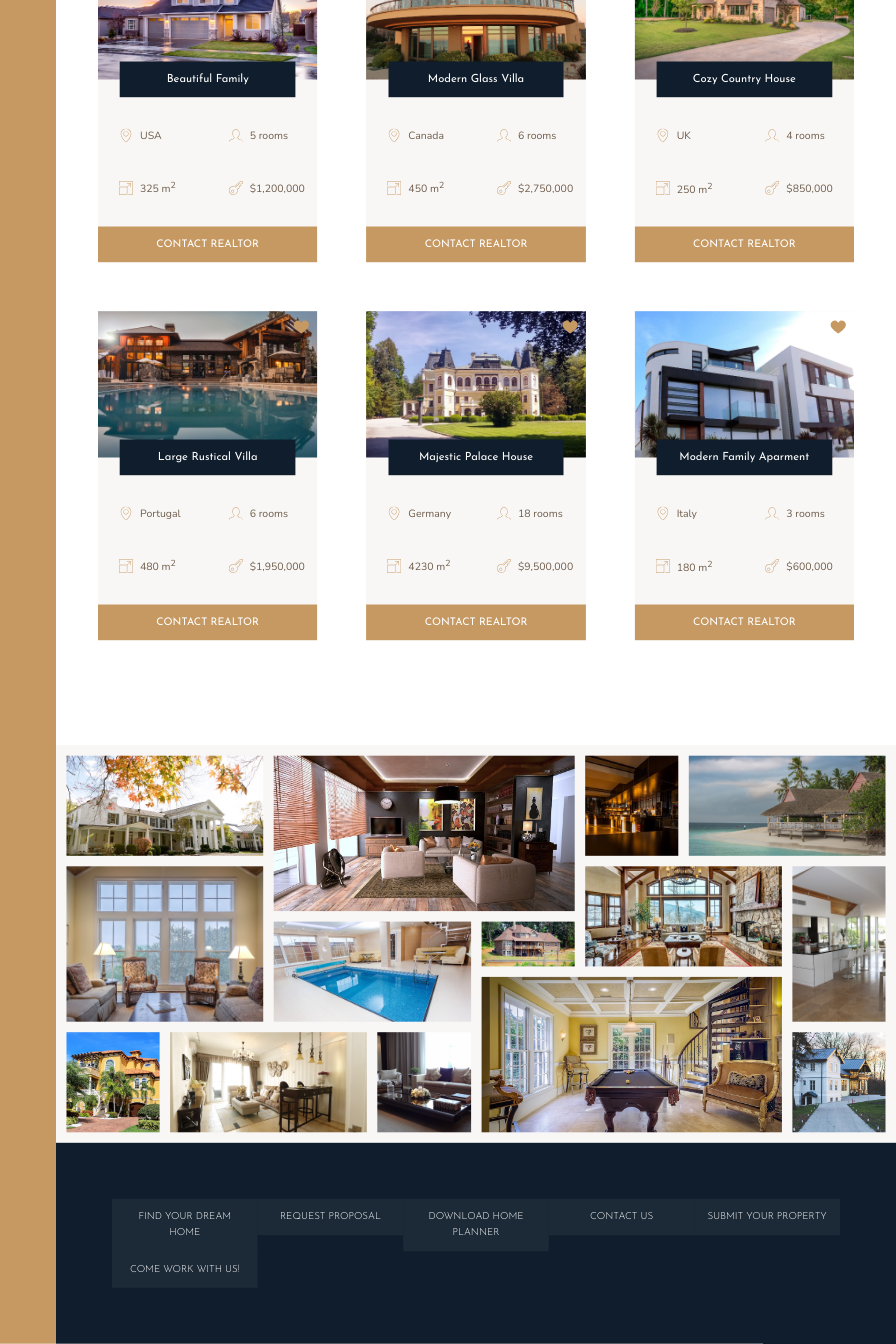
Repository: achwesiuk/nexter
Page: index.html
An editor plug-in stored every save of this project. The page is shown before and after the next save, followed by the edit.
The browser window is 1280 px wide. The pictures show the part of the page from y = 1851 to 3771 px (the page is 3771 px tall before and 3689 px after), at 70% of full size.
The style sheet was rebuilt from its Sass, Less or Tailwind sources for each picture, by a compiler version that may differ from the author's.

Above is the page before, as saved 2021-02-24 11:26:09.

### index.html
<!DOCTYPE html>
<html lang="en">
    <head>
        <meta charset="UTF-8">
        <meta name="viewport" content="width=device-width, initial-scale=1.0">
        <meta http-equiv="X-UA-Compatible" content="ie=edge">

        <link href="https://fonts.googleapis.com/css?family=Josefin+Sans:300,400,400i|Nunito:300,300i" rel="stylesheet">
        <link rel="stylesheet" href="css/style.css">
        <link rel="shortcut icon" type="image/png" href="img/favicon.png">

        <title>nexter &mdash; your home, your freedom</title>
    </head>
    <body class="container">
        <div class="sidebar">
            Sidebar
        </div>

        <header class="header">
            Header
        </header>

        <div class="realtors">
            Top 3 realtors
        </div>

        <section class="features">
            <div class="feature">
                <svg class="feature__icon">
                    <use xlink:href="img/sprite.svg#icon-global"></use>
                </svg>
                <h4 class="heading-4--dark">World's best luxury homes</h4>
                <p class="feature-text">Lorem ipsum dolor sit amet, consectetur adipisicing elit. Sapiente eligendi vitae aliquid a corporis hic, nemo dolores neque culpa pariatur dolor magnam!</p>
            </div>
            <div class="feature">
                <svg class="feature__icon">
                    <use xlink:href="img/sprite.svg#icon-trophy"></use>
                </svg>
                <h4 class="heading-4--dark">Only the best properties</h4>
                <p class="feature-text">Lorem ipsum dolor sit amet consectetur, adipisicing elit. Mollitia optio sapiente fugit deserunt ex qui in.</p>
            </div>
            <div class="feature">
                <svg class="feature__icon">
                    <use xlink:href="img/sprite.svg#icon-map-pin"></use>
                </svg>
                <h4 class="heading-4--dark">All homes in top locations</h4>
                <p class="feature-text">Lorem ipsum dolor sit amet consectetur adipisicing elit. Ullam est deserunt unde temporibus, beatae quo et repellat!</p>
            </div>
            <div class="feature">
                <svg class="feature__icon">
                    <use xlink:href="img/sprite.svg#icon-key"></use>
                </svg>
                <h4 class="heading-4--dark">New home in one week</h4>
                <p class="feature-text">Lorem ipsum dolor sit amet consectetur adipisicing elit. Velit aliquam praesentium quod non eligendi sunt cum ipsum modi.</p>
            </div>
            <div class="feature">
                <svg class="feature__icon">
                    <use xlink:href="img/sprite.svg#icon-presentation"></use>
                </svg>
                <h4 class="heading-4--dark">Top 1% realtors</h4>
                <p class="feature-text">Lorem ipsum dolor sit amet, consectetur adipisicing elit.</p>
            </div>
            <div class="feature">
                <svg class="feature__icon">
                    <use xlink:href="img/sprite.svg#icon-lock"></use>
                </svg>
                <h4 class="heading-4--dark">Secure payments on nexter</h4>
                <p class="feature-text">Lorem ipsum, dolor sit amet consectetur adipisicing elit. Incidunt distinctio repudiandae saepe dolores quis tempore similique.</p>
            </div>
        </section>

        <div class="story__pictures">
            <img src="img/story-1.jpeg" alt="Couple with new house" class="story__img--1">
            <img src="img/story-2.jpeg" alt="New house" class="story__img--2">
        </div>

        <div class="story__content">
            <h3 class="heading-3 mb-sm">Happy Customers</h3>
            <h2 class="heading-2 heading-2--dark mb-md">&ldquo;The best decision of our lives&rdquo;</h2>
            <p class="story__text">
                Lorem ipsum dolor sit amet, consectetur adipisicing elit. Accusantium ut error magni quasi delectus debitis praesentium, iusto, explicabo natus deleniti corrupti, illo illum quidem dolores dolorum ipsum! Incidunt, eaque amet.
            </p>
            <button class="btn">Find your own home</button>
        </div>

        <section class="homes">
            <div class="home">
                <img src="img/house-1.jpeg" alt="House 1" class="home__img">
                <svg class="home__like">
                    <use xlink:href="img/sprite.svg#icon-heart-full"></use>
                </svg>
                <h5 class="home__name">Beautiful Family</h5>
                <div class="home__location">
                    <svg class="home__like">
                        <use xlink:href="img/sprite.svg#icon-map-pin"></use>
                    </svg>
                    <p>USA</p>
                </div>
                <div class="home__rooms">
                    <svg class="home__like">
                        <use xlink:href="img/sprite.svg#icon-profile-male"></use>
                    </svg>
                    <p>5 rooms</p>
                </div>
                <div class="home__area">
                    <svg class="home__like">
                        <use xlink:href="img/sprite.svg#icon-expand"></use>
                    </svg>
                    <p>325 m<sup>2</sup></p>
                </div>
                <div class="home__price">
                    <svg class="home__like">
                        <use xlink:href="img/sprite.svg#icon-key"></use>
                    </svg>
                    <p>$1,200,000</p>
                </div>
                <button class="btn home__btn">Contact realtor</button>
            </div>

            <div class="home"><img src="img/house-2.jpeg" alt="House 2" class="home__img">
                <svg class="home__like">
                    <use xlink:href="img/sprite.svg#icon-heart-full"></use>
                </svg>
                <h5 class="home__name">Modern Glass Villa</h5>
                <div class="home__location">
                    <svg class="home__like">
                        <use xlink:href="img/sprite.svg#icon-map-pin"></use>
                    </svg>
                    <p>Canada</p>
                </div>
                <div class="home__rooms">
                    <svg class="home__like">
                        <use xlink:href="img/sprite.svg#icon-profile-male"></use>
                    </svg>
                    <p>6 rooms</p>
                </div>
                <div class="home__area">
                    <svg class="home__like">
                        <use xlink:href="img/sprite.svg#icon-expand"></use>
                    </svg>
                    <p>450 m<sup>2</sup></p>
                </div>
                <div class="home__price">
                    <svg class="home__like">
                        <use xlink:href="img/sprite.svg#icon-key"></use>
                    </svg>
                    <p>$2,750,000</p>
                </div>
                <button class="btn home__btn">Contact realtor</button>
            </div>

            <div class="home"><img src="img/house-3.jpeg" alt="House 3" class="home__img">
                <svg class="home__like">
                    <use xlink:href="img/sprite.svg#icon-heart-full"></use>
                </svg>
                <h5 class="home__name">Cozy Country House</h5>
                <div class="home__location">
                    <svg class="home__like">
                        <use xlink:href="img/sprite.svg#icon-map-pin"></use>
                    </svg>
                    <p>UK</p>
                </div>
                <div class="home__rooms">
                    <svg class="home__like">
                        <use xlink:href="img/sprite.svg#icon-profile-male"></use>
                    </svg>
                    <p>4 rooms</p>
                </div>
                <div class="home__area">
                    <svg class="home__like">
                        <use xlink:href="img/sprite.svg#icon-expand"></use>
                    </svg>
                    <p>250 m<sup>2</sup></p>
                </div>
                <div class="home__price">
                    <svg class="home__like">
                        <use xlink:href="img/sprite.svg#icon-key"></use>
                    </svg>
                    <p>$850,000</p>
                </div>
                <button class="btn home__btn">Contact realtor</button>
            </div>

            <div class="home"><img src="img/house-4.jpeg" alt="House 4" class="home__img">
                <svg class="home__like">
                    <use xlink:href="img/sprite.svg#icon-heart-full"></use>
                </svg>
                <h5 class="home__name">Large Rustical Villa</h5>
                <div class="home__location">
                    <svg class="home__like">
                        <use xlink:href="img/sprite.svg#icon-map-pin"></use>
                    </svg>
                    <p>Portugal</p>
                </div>
                <div class="home__rooms">
                    <svg class="home__like">
                        <use xlink:href="img/sprite.svg#icon-profile-male"></use>
                    </svg>
                    <p>6 rooms</p>
                </div>
                <div class="home__area">
                    <svg class="home__like">
                        <use xlink:href="img/sprite.svg#icon-expand"></use>
                    </svg>
                    <p>480 m<sup>2</sup></p>
                </div>
                <div class="home__price">
                    <svg class="home__like">
                        <use xlink:href="img/sprite.svg#icon-key"></use>
                    </svg>
                    <p>$1,950,000</p>
                </div>
                <button class="btn home__btn">Contact realtor</button>
            </div>

            <div class="home"><img src="img/house-5.jpeg" alt="House 5" class="home__img">
                <svg class="home__like">
                    <use xlink:href="img/sprite.svg#icon-heart-full"></use>
                </svg>
                <h5 class="home__name">Majestic Palace House</h5>
                <div class="home__location">
                    <svg class="home__like">
                        <use xlink:href="img/sprite.svg#icon-map-pin"></use>
                    </svg>
                    <p>Germany</p>
                </div>
                <div class="home__rooms">
                    <svg class="home__like">
                        <use xlink:href="img/sprite.svg#icon-profile-male"></use>
                    </svg>
                    <p>18 rooms</p>
                </div>
                <div class="home__area">
                    <svg class="home__like">
                        <use xlink:href="img/sprite.svg#icon-expand"></use>
                    </svg>
                    <p>4230 m<sup>2</sup></p>
                </div>
                <div class="home__price">
                    <svg class="home__like">
                        <use xlink:href="img/sprite.svg#icon-key"></use>
                    </svg>
                    <p>$9,500,000</p>
                </div>
                <button class="btn home__btn">Contact realtor</button>
            </div>

            <div class="home"><img src="img/house-6.jpeg" alt="House 6" class="home__img">
                <svg class="home__like">
                    <use xlink:href="img/sprite.svg#icon-heart-full"></use>
                </svg>
                <h5 class="home__name">Modern Family Aparment</h5>
                <div class="home__location">
                    <svg class="home__like">
                        <use xlink:href="img/sprite.svg#icon-map-pin"></use>
                    </svg>
                    <p>Italy</p>
                </div>
                <div class="home__rooms">
                    <svg class="home__like">
                        <use xlink:href="img/sprite.svg#icon-profile-male"></use>
                    </svg>
                    <p>3 rooms</p>
                </div>
                <div class="home__area">
                    <svg class="home__like">
                        <use xlink:href="img/sprite.svg#icon-expand"></use>
                    </svg>
                    <p>180 m<sup>2</sup></p>
                </div>
                <div class="home__price">
                    <svg class="home__like">
                        <use xlink:href="img/sprite.svg#icon-key"></use>
                    </svg>
                    <p>$600,000</p>
                </div>
                <button class="btn home__btn">Contact realtor</button>
            </div>
        </section>

        <section class="gallery">
            <figure class="gallery__item gallery__item--1">
                <img src="img/gal-1.jpeg" alt="Gallery image 1" class="gallery__img">
            </figure>
            <figure class="gallery__item gallery__item--2">
                <img src="img/gal-2.jpeg" alt="Gallery image 2" class="gallery__img">
            </figure>
            <figure class="gallery__item gallery__item--3">
                <img src="img/gal-3.jpeg" alt="Gallery image 3" class="gallery__img">
            </figure>
            <figure class="gallery__item gallery__item--4">
                <img src="img/gal-4.jpeg" alt="Gallery image 4" class="gallery__img">
            </figure>
            <figure class="gallery__item gallery__item--5">
                <img src="img/gal-5.jpeg" alt="Gallery image 5" class="gallery__img">
            </figure>
            <figure class="gallery__item gallery__item--6">
                <img src="img/gal-6.jpeg" alt="Gallery image 6" class="gallery__img">
            </figure>
            <figure class="gallery__item gallery__item--7">
                <img src="img/gal-7.jpeg" alt="Gallery image 7" class="gallery__img">
            </figure>
            <figure class="gallery__item gallery__item--8">
                <img src="img/gal-8.jpeg" alt="Gallery image 8" class="gallery__img">
            </figure>
            <figure class="gallery__item gallery__item--9">
                <img src="img/gal-9.jpeg" alt="Gallery image 9" class="gallery__img">
            </figure>
            <figure class="gallery__item gallery__item--10">
                <img src="img/gal-10.jpeg" alt="Gallery image 10" class="gallery__img">
            </figure>
            <figure class="gallery__item gallery__item--11">
                <img src="img/gal-11.jpeg" alt="Gallery image 11" class="gallery__img">
            </figure>
            <figure class="gallery__item gallery__item--12">
                <img src="img/gal-12.jpeg" alt="Gallery image 12" class="gallery__img">
            </figure>
            <figure class="gallery__item gallery__item--13">
                <img src="img/gal-13.jpeg" alt="Gallery image 13" class="gallery__img">
            </figure>
            <figure class="gallery__item gallery__item--14">
                <img src="img/gal-14.jpeg" alt="Gallery image 14" class="gallery__img">
            </figure>
        </section>

        <footer>
            <ul class="nav">
                <li class="nav__item"><a href="#" class="nav__link">Find your dream home</a></li>
                <li class="nav__item"><a href="#" class="nav__link">Request proposal</a></li>
                <li class="nav__item"><a href="#" class="nav__link">Download home planner</a></li>
                <li class="nav__item"><a href="#" class="nav__link">Contact us</a></li>
                <li class="nav__item"><a href="#" class="nav__link">Submit your property</a></li>
                <li class="nav__item"><a href="#" class="nav__link">Come work with us!</a></li>
            </ul>
        </footer>
    </body>
</html>

### sass/main.scss
@import "base";
@import "typography";

@import "sidebar";
@import "header";
@import "realtors";
@import "features";
@import "story";
@import "homes";
@import "gallery";
@import "footer";

### sass/_base.scss
// COLOR VARIABLES
$color-primary: #c69963;
$color-primary-dark: #B28451;

$color-secondary: #101d2c;

$color-grey-light-1: #f9f7f6;
$color-grey-light-2: #aaa;

$color-grey-dark-1: #54483A;
$color-grey-dark-2: #6D5D4B;

// FONT VARIABLES
$font-primary: 'Nunito', sans-serif;
$font-display: 'Josefin Sans', sans-serif;

*,
*::before,
*::after {
    margin: 0;
    padding: 0;
    -webkit-box-sizing: inherit;
            box-sizing: inherit; //dziedziczy po HTML
}

html {
    -webkit-box-sizing: border-box;
            box-sizing: border-box;
    font-size: 62.5%; // 10px / 16px = 62.5% -> 1rem = 10px
}

body {
    font-family: $font-primary;
    color: $color-grey-dark-2;
    font-weight: 300;
    line-height: 1.6;
}

.container {
    display: grid;
    grid-template-rows: 80vh min-content 40vw repeat(3, min-content); // 1.wiersz - wysokość wiersza jest wartością procentową vh; jest to siatka jawna z jednym wierszem, pozostałe elementy będą dodane w siatce niejawnej (elementy, które nie mają miejsca w siatce jawnej)
    // 2. wiersz - wysokość wiersza uzależniona od zawartej w nim treści
    // 2. auto - domyślne, jeżeli nic nie będzie określone; również dopasowuje się do treści
    // 3. wiersz - wiersz uzależniony od szerokości układu (podczas zmiany szerokości widoku zmieniają się wymiary wiersza - zwęża się, rośnie)
    // 4, 5, 6 - wysokość wiersza uzależnione od jego zawartości
    grid-template-columns: [sidebar-start] 8rem [sidebar-end full-start] minmax(6rem, 1fr) [center-start] repeat(8, [col-start] minmax(min-content, 14rem) [col-end]) [center-end] minmax(6rem, 1fr) [full-end];
}

### sass/_typography.scss
%heading { //extended działa przeciwnie do mixin; selektory (heading-1 etc.) są kopiowane to selektora na górze
    font-family: $font-display;
    font-weight: 400;
}

.heading-1 {
    @extend %heading;
}

.heading-2 {
    @extend %heading;
    font-size: 4rem;
    font-style: italic;
    line-height: 1;

    &--light {color: $color-grey-light-1;}
    &--dark {color: $color-grey-dark-1;}
}

.heading-3 {
    @extend %heading;
    font-size: 1.6rem;
    color: $color-primary;
    text-transform: uppercase;
}

.heading-4 {
    @extend %heading;
    font-size: 1.9rem;

    &--light {color: $color-grey-light-1;}
    &--dark {color: $color-grey-dark-1;}
}

.btn {
    background-color: $color-primary;
    color: #fff;
    border: none;
    border-radius: 0; //z założenia przyciski mają ustawiony jakiś kąt
    font-family: $font-display;
    font-size: 1.5rem;
    text-transform: uppercase;
    padding: 1.8rem 3rem;
    cursor: pointer;

    transition: all .2s;

    &:hover {
        background-color: $color-primary-dark;
    }
}

.mb-sm {margin-bottom: 2rem;}
.mb-md {margin-bottom: 3rem;}
.mb-lg {margin-bottom: 4rem;}
.mb-hg {margin-bottom: 8rem;}

### sass/_sidebar.scss
.sidebar {
    background-color: $color-primary;
    grid-column: sidebar-start / sidebar-end;
    grid-row: 1 / -1;
}

### sass/_header.scss
.header {
    background-color: $color-grey-dark-1;
    grid-column: full-start / col-end 6;
}

### sass/_realtors.scss
.realtors {
    background-color: $color-secondary;
    grid-column: col-start 7 / full-end;
}

### sass/_features.scss
.features {
    grid-column: center-start / center-end;

    margin: 15rem 0;

    display: grid;
    //grid-template-columns: repeat(3, 1fr);
    grid-template-columns: repeat(auto-fit, minmax(25rem, 1fr));
    //grid-template-rows: auto auto; niepotrzebne, ponieważ wiersze i tak układają się w ten sposób
    grid-gap: 6rem;
    align-items: start;
}

.feature {

    display: grid;
    grid-template-columns: min-content 1fr; //min-content odnosi się do wymiarów ikony
    //nie trzeba określać wierszy, mają mieć wielkość zawartej w nich treści
    grid-row-gap: 1.5rem;
    grid-column-gap: 2.5rem;

    &__icon {
        fill: $color-primary;
        width: 4.5rem;
        height: 4.5rem;
        transform: translateY(-1rem);

        //grid-row: 1 / -1; // -1 oznacza koniec JAWNEJ SIATKI, a tutaj jest niejawna
        grid-row: -1 / span 2;
    }

    &__text {
        font-size: 1.7rem;
    }
}

### sass/_story.scss
.story {

    &__pictures {
        background-color: $color-primary;
        grid-column: full-start / col-end 4;
        background-image: linear-gradient(rgba($color-primary, .5), rgba($color-primary, .5)),  url(../img/back.jpg); //używam dwóch takich samych kolorów - kolor przechodzi z jednego koloru na drugi

        display: grid;
        grid-template-rows: repeat(6, 1fr);
        grid-template-columns: repeat(6, 1fr);

        align-items: center;
    }

    &__img--1 {
        width: 100%;
        grid-row: 2 / 6;
        grid-column: 2 / 6;
        box-shadow: 0 2rem 5rem rgba(#000, .1);
    }

    &__img--2 {
        width: 115%;
        grid-row: 4 / 6;
        grid-column: 4 / 7;
        z-index: 20;
        box-shadow: 0 2rem 5rem rgba(#000, .2);
    }

    &__content {
        background-color: $color-grey-light-1;
        grid-column: col-start 5 / full-end;

        padding: 6rem 8vw;

        /*
        display: flex;
        flex-direction: column;
        justify-content: center;
        align-items: flex-start;
        */

        display: grid;
        align-content: center;
        justify-items: start;
    }

    &__text {
        font-size: 1.5rem;
        font-style: italic;
        margin-bottom: 4rem;
    }
}

### sass/_homes.scss
.homes {
    grid-column: center-start / center-end;
    margin: 15rem 0;

    display: grid;
    grid-template-columns: repeat(auto-fit,minmax(25rem, 1fr));
    grid-gap: 7rem;
}

.home {
    background-color: $color-grey-light-1;

    display: grid;
    grid-template-columns: repeat(2, 1fr);
    grid-row-gap: 3.5rem;

    &__img {
        width: 100%;
        grid-row: 1 / 2;
        grid-column: 1 / -1;
        z-index: 1;
    }

    &__like {
        grid-row: 1 / 2;
        grid-column: 2 / 3;
        fill: $color-primary;
        height: 2.5rem;
        width: 2.5rem;
        z-index: 2;

        justify-self: end;
        margin: 1rem;
    }

    &__name {
        grid-column: 1 / -1;
        grid-row: 1 / 2;
        justify-self: center;
        align-self: end;
        z-index: 3;

        width: 80%;
        font-family: $font-display;
        font-size: 1.6rem;
        text-align: center;
        padding: 1.25rem;
        background-color: $color-secondary;
        color: #fff;
        font-weight: 400;
        transform: translateY(50%);
    }

    &__location,
    &__rooms {
        margin-top: 2.5rem;
    }

    &__location,
    &__rooms,
    &__area,
    &__price {
        font-size: 1.5rem;
        margin-left: 2rem;

        display: flex;
        align-items: center;

        svg{
            fill: $color-primary;
            height: 2rem;
            width: 2rem;
            margin-right: 1rem;
        }
    }

    &__btn {
        grid-column: 1 / -1;
    }
}

### sass/_footer.scss
footer {
    background-color: $color-secondary;
    grid-column: full-start / full-end;
    padding: 8rem;
}

.nav {
    list-style: none;

    display: grid;
    grid-template-columns: repeat(auto-fit, minmax(20rem, 1fr));
    //grid-gap: 2rem;

    &__link:link,
    &__link:visited {
        font-size: 1.4rem;
        color: #fff;
        text-decoration: none;
        font-family: $font-display;
        text-transform: uppercase;
        text-align: center;
        padding: 1.5rem;
        display: block;

        background-color: rgba(#fff, .05);
    }
}

Loaded but not shown: sass/_gallery.scss (91 lines, source omitted)

After the next save:
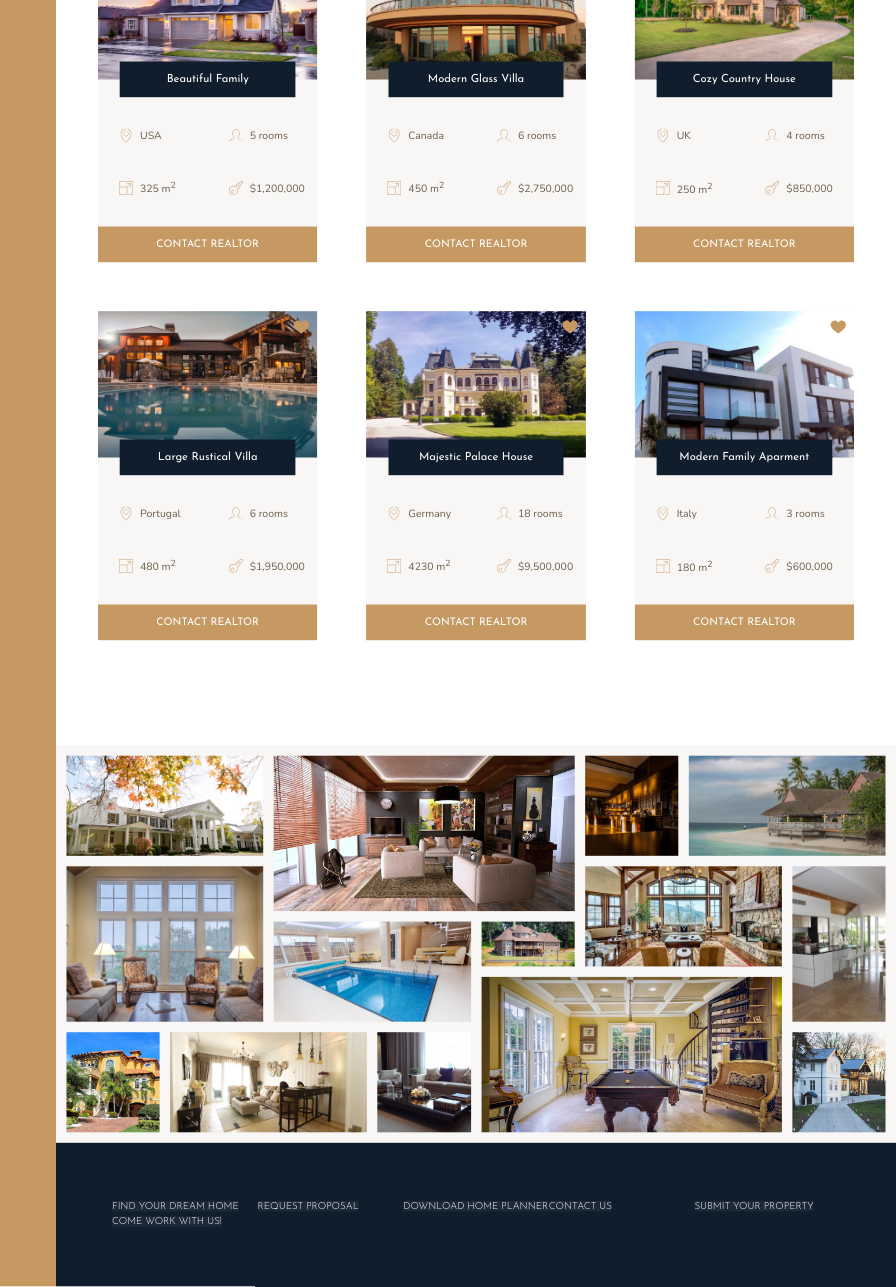
Saved 40 s later.
--- a/sass/_footer.scss
+++ b/sass/_footer.scss
@@ -19,8 +19,6 @@
         font-family: $font-display;
         text-transform: uppercase;
         text-align: center;
-        padding: 1.5rem;
-        display: block;
 
         background-color: rgba(#fff, .05);
     }
